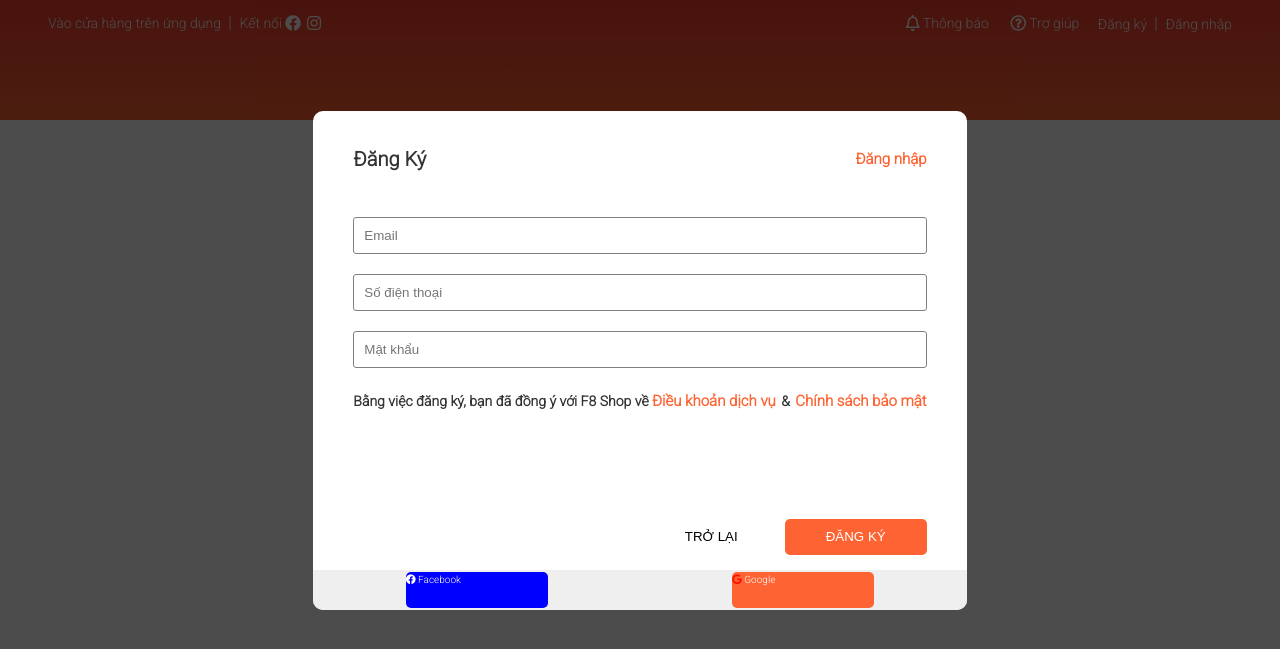
Repository: kebinh1235/Shopee-Demo
Page: index.html
An editor plug-in stored every save of this project. The page is shown before and after the next save, followed by the edit.
The browser window is 1280 px wide. The pictures show the whole page.

Above is the page before, as saved 2021-10-01 23:36:59.

After the next save:
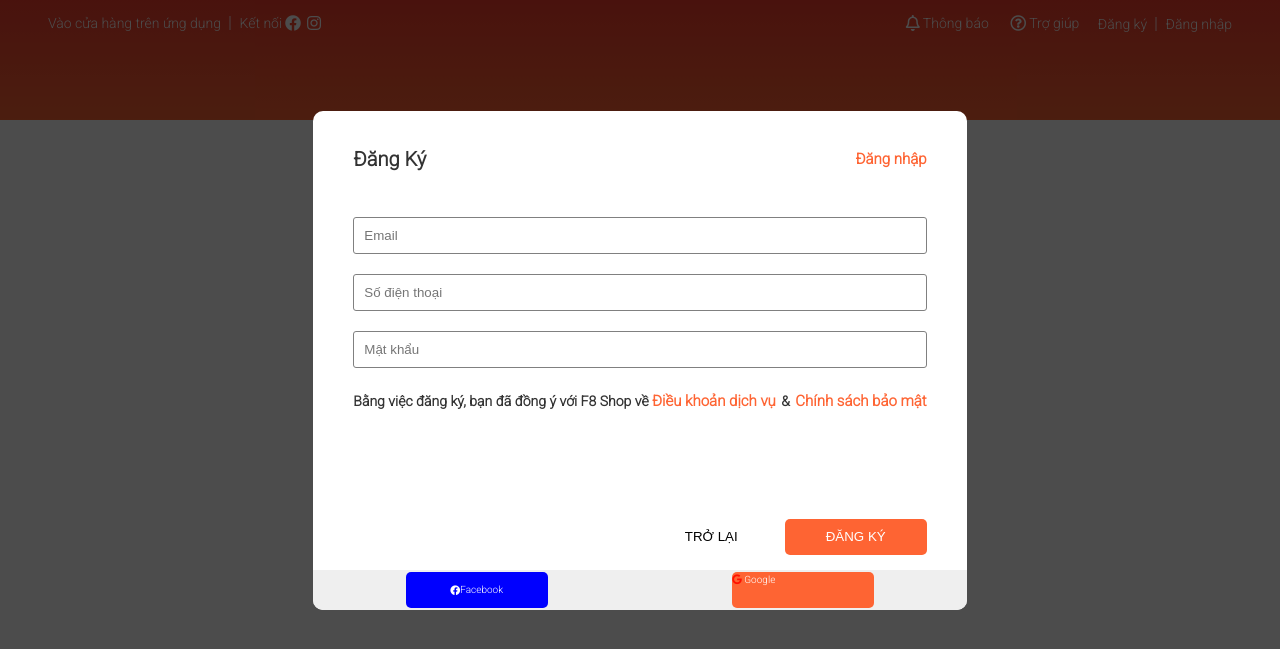
Saved 34 s later.
--- a/asset/css/main.css
+++ b/asset/css/main.css
@@ -282,5 +282,18 @@
   justify-content: space-around;
   align-items: center;
 }
-
+.btn.btn-with-icon-facebook {
+  color: var(--white-color);
+  background: blue;
+  display: flex;
+  justify-content: center;
+  align-items: center;
+}
+.btn.btn-with-icon-facebook i {
+  color: var(--white-color);
+}
+.btn.btn-with-icon-google {
+  color: var(--white-color);
+  background: var(--primary-color);
+}
 /*End Modal*/

After the save that followed:
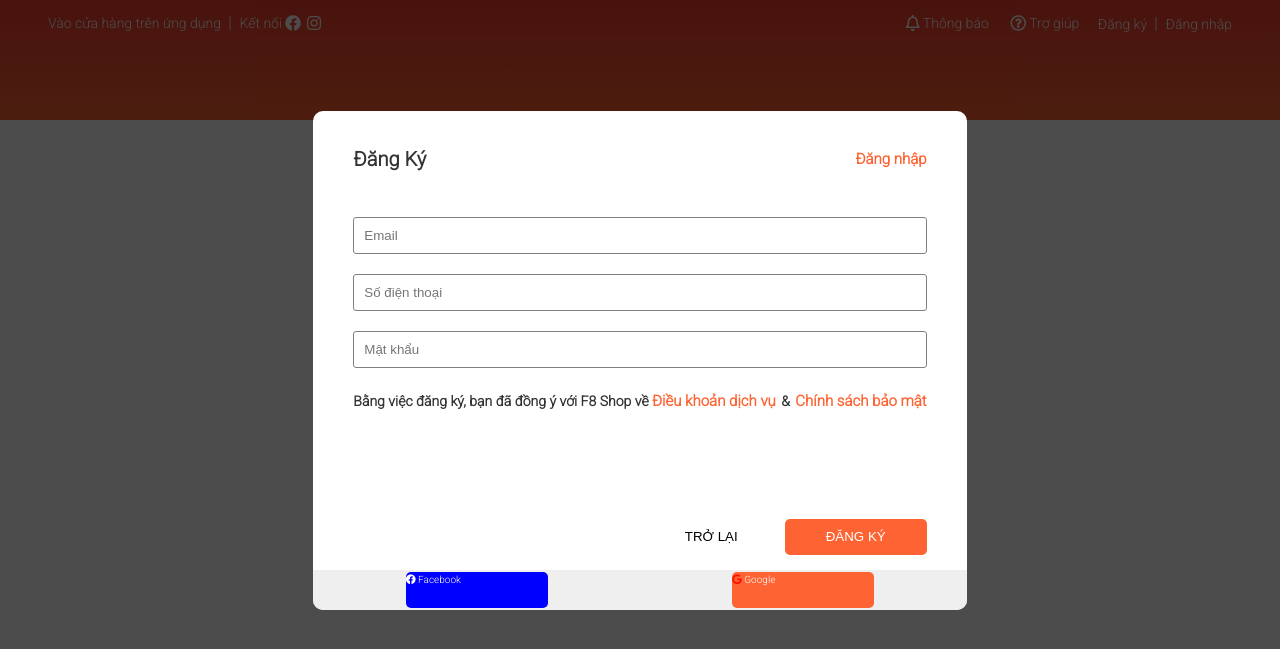
Saved 12 s later.
--- a/asset/css/main.css
+++ b/asset/css/main.css
@@ -282,18 +282,5 @@
   justify-content: space-around;
   align-items: center;
 }
-.btn.btn-with-icon-facebook {
-  color: var(--white-color);
-  background: blue;
-  display: flex;
-  justify-content: center;
-  align-items: center;
-}
-.btn.btn-with-icon-facebook i {
-  color: var(--white-color);
-}
-.btn.btn-with-icon-google {
-  color: var(--white-color);
-  background: var(--primary-color);
-}
+
 /*End Modal*/
